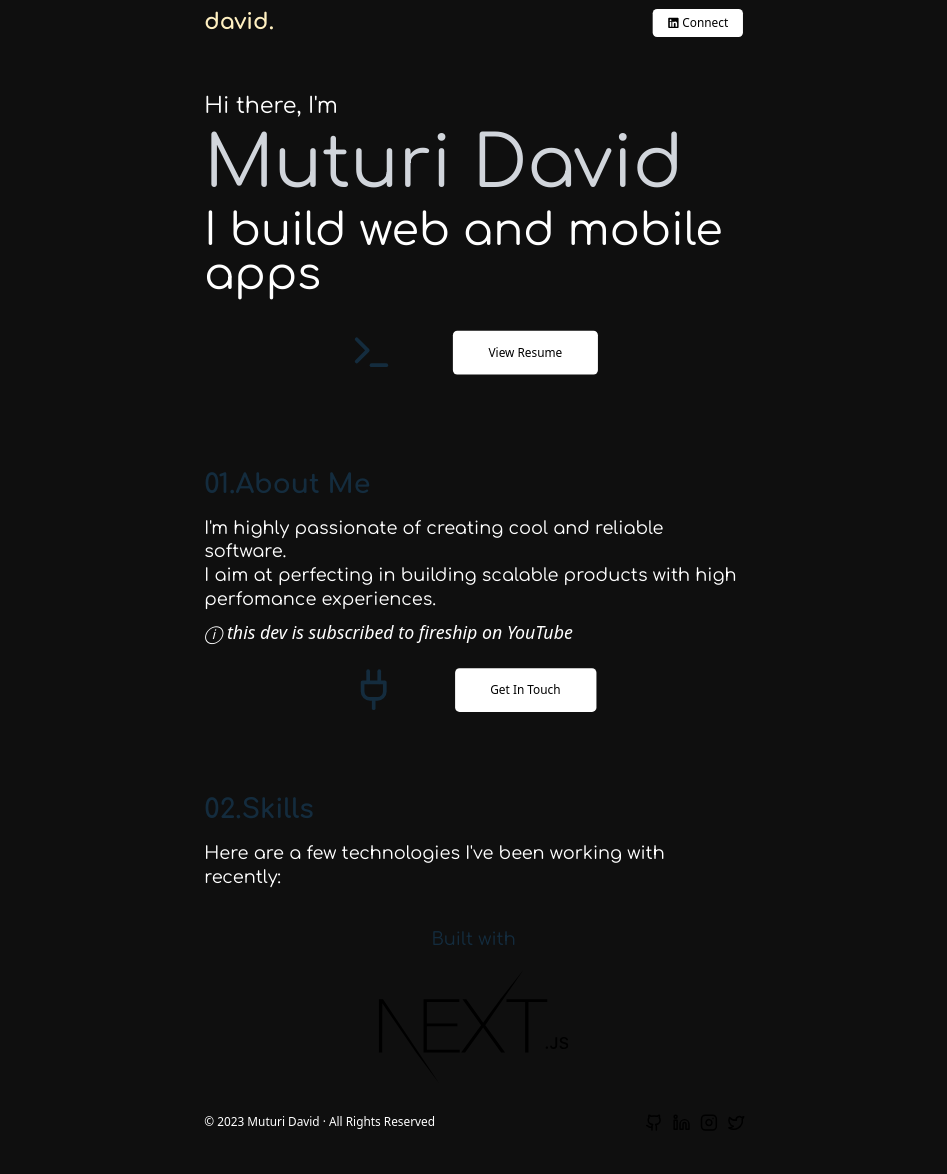
Repository: tushcmd/tushdev-portfolio
Page: /
These files come from the project's save history. The page is drawn as it stood at one moment and after the next save; the edit follows.
The browser window is 1280 px wide. The pictures show the whole page, at 74% of full size.
The project was rebuilt for these pictures with package versions that can differ from the ones it lists, and the page was loaded fresh each time. The framework's server and built-in components were replaced by stand-ins that run in the browser. Also part of the build but not shown: next.config.js.

Above is the page before, as saved 2023-12-15 15:42:50.

### app/layout.tsx
import type { Metadata } from 'next'
import { Inter } from 'next/font/google'
import './globals.css'

const inter = Inter({ subsets: ['latin'] })

export const metadata: Metadata = {
  title: 'Muturi | Software Engineer',
  description: 'This is my Portfolio',

}

export default function RootLayout({
  children,
}: {
  children: React.ReactNode
}) {
  return (
    <html lang="en">
      <head>
        <link rel="icon" href="./public/favicon.ico" />
      </head>
      <body className={`{inter.className} bg-primary w-full overflow-y-visible overflow-x-wrap`} >{children}</body>
    </html>
  )
}

### app/page.tsx
import Navbar from '@/app/ui/nav';
import Hero from '@/app/ui/hero';
import About from './ui/about';
import Skills from '@/app/ui/skills'
import Footer from './ui/footer';

export default function Page() {
  return (
    <main>
      <Navbar />
      <Hero />
      <About />
      <Skills />
      <Footer />
    </main>
  );
}

### app/ui/nav.tsx
import Link from 'next/link';
import { comfortaa } from '@/app/ui/fonts';

export default async function Navbar() {
  return (
    <div className='flex justify-center items-center'>
      <div className='flex items-start md:max-w-3xl py-3 w-full md:px-5 px-5 justify-between'>
        <Link
          href='/'
          className={`${comfortaa.className} antialiased font-bold text:2xl md:text-3xl text-logo`}
        >
          david<span>.</span>
        </Link>
        <div className='flex items-center gap-2'>
          <a
            href='https://www.linkedin.com/in/muturi-david-44b505208/'
            target='_blank'
            rel='_noreferrer'
            className='flex items-center gap-1 md:hover:bg-slate-200 rounded-md px-5 bg-white text-black font-medium py-[0.45rem]'
          >
            <svg
              stroke='currentColor'
              fill='currentColor'
              stroke-width='0'
              viewBox='0 0 448 512'
              className='mt-[0.03rem]'
              height='1em'
              width='1em'
              xmlns='http://www.w3.org/2000/svg'
            >
              <path d='M416 32H31.9C14.3 32 0 46.5 0 64.3v383.4C0 465.5 14.3 480 31.9 480H416c17.6 0 32-14.5 32-32.3V64.3c0-17.8-14.4-32.3-32-32.3zM135.4 416H69V202.2h66.5V416zm-33.2-243c-21.3 0-38.5-17.3-38.5-38.5S80.9 96 102.2 96c21.2 0 38.5 17.3 38.5 38.5 0 21.3-17.2 38.5-38.5 38.5zm282.1 243h-66.4V312c0-24.8-.5-56.7-34.5-56.7-34.6 0-39.9 27-39.9 54.9V416h-66.4V202.2h63.7v29.2h.9c8.9-16.8 30.6-34.5 62.9-34.5 67.2 0 79.7 44.3 79.7 101.9V416z'></path>
            </svg>
            Connect
          </a>
        </div>
      </div>
    </div>
  );
}

### app/ui/hero.tsx
import { opensans } from '@/app/ui/fonts';
import { inter } from '@/app/ui/fonts';
import { comfortaa } from '@/app/ui/fonts';
import hero from '@/constants/hero';
import { Terminal } from 'lucide-react';

export default async function Hero() {
  return (
    <section className='relative flex flex-col justify-center items-center md:py-16 py-6 overflow-auto'>
      <div className='flex items-start flex-col md:max-w-3xl pb-6 w-full md:px-5 px-5 justify-between'>
        <p className={`${comfortaa.className} text-3xl text-white pb-3`}>
          Hi there, I&apos;m
        </p>
        <h6
          className={`${comfortaa.className} text-5xl md:text-8xl text-[#D1D5DB] text-bold pb-3`}
        >
          {hero.name}
        </h6>
        <p className={`${comfortaa.className} text-4xl md:text-6xl text-white`}>
          {hero.paragraph}
        </p>
      </div>
      <div className='flex flex-row md:max-w-3xl pt-3 md:pt-5 pb-3 w-full md:px-5 px-5 justify-center space-x-5 md:space-x-20'>
        <svg
          xmlns='http://www.w3.org/2000/svg'
          width='60'
          height='60'
          viewBox='0 0 24 24'
          fill='none'
          stroke='#142c3e'
          stroke-width='2'
          stroke-linecap='round'
          stroke-linejoin='round'
          className='lucide lucide-terminal'
        >
          <polyline points='4 17 10 11 4 5' />
          <line x1='12' x2='20' y1='19' y2='19' />
        </svg>
        <div className='flex items-center gap-2'>
          <a
            href='/'
            target='_blank'
            rel='_noreferrer'
            className='flex items-center gap-1 md:hover:bg-slate-200 rounded-md px-12 bg-white text-black font-medium py-[1.08rem]'
          >
            View Resume
          </a>
        </div>
      </div>
    </section>
  );
}

### app/ui/about.tsx
import { comfortaa } from '@/app/ui/fonts';
import about from '@/constants/about';

export default async function About() {
  return (
    <section className='relative flex flex-col justify-center items-center pt-3'>
      <div className='flex items-start flex-col md:max-w-3xl py-10 w-full md:px-5 px-5 justify-between'>
        <h6
          className={`${comfortaa.className} text-[#142c3e] font-bold text-4xl pb-6`}
        >
          01.About Me
        </h6>
        <p className={`${comfortaa.className} text-white text-2xl`}>
          I&apos;m {about.paragraph} <br />
          {about.paragraph2}
        </p>
        <i className='text-white text-2xl py-3'>ⓘ this dev is subscribed to fireship on YouTube </i>
        <div className='flex flex-row md:max-w-3xl pt-3 md:py-5 py-10 w-full md:px-5 px-5 justify-center space-x-12 md:space-x-20'>
          <svg
            xmlns='http://www.w3.org/2000/svg'
            width='60'
            height='60'
            viewBox='0 0 24 24'
            fill='none'
            stroke='#142c3e'
            stroke-width='2'
            stroke-linecap='round'
            stroke-linejoin='round'
            className='lucide lucide-plug'
          >
            <path d='M12 22v-5' />
            <path d='M9 8V2' />
            <path d='M15 8V2' />
            <path d='M18 8v5a4 4 0 0 1-4 4h-4a4 4 0 0 1-4-4V8Z' />
          </svg>
          <div className='flex items-center gap-2'>
            <a
              href='mailto:muturidavid854@gmail.com'
              target='_blank'
              rel='_noreferrer'
              className='flex items-center gap-1 md:hover:bg-slate-200 text-xm md:text-base rounded-md px-12 bg-white text-black font-medium py-[1.08rem]'
            >
              Get In Touch
            </a>
          </div>
        </div>
      </div>
    </section>
  );
}

### app/ui/skills.tsx
import { comfortaa } from './fonts';

export default async function About() {
  return (
    <section className='relative flex flex-col justify-center items-center pt-3'>
      <div className='flex items-start flex-col md:max-w-3xl py-10 w-full md:px-5 px-5 justify-between'>
        <h6
          className={`${comfortaa.className} text-[#142c3e] font-bold text-4xl pb-6`}
        >
          02.Skills
        </h6>
        <p className={`${comfortaa.className} text-white text-2xl`}>
          Here are a few technologies I&apos;ve been working with recently:
        </p>
        {/*  <div className='flex-auto'>
        <div className='flex items-center gap-2'>
          <div className='flex items-center gap-1 md:hover:bg-slate-200 rounded-md px-5 bg-white text-black font-medium py-[0.45rem]'>
            <svg
              stroke='currentColor'
              fill='currentColor'
              stroke-width='0'
              viewBox='0 0 448 512'
              className='mt-[0.03rem]'
              height='1em'
              width='1em'
              xmlns='http://www.w3.org/2000/svg'
            >
              <path d='M416 32H31.9C14.3 32 0 46.5 0 64.3v383.4C0 465.5 14.3 480 31.9 480H416c17.6 0 32-14.5 32-32.3V64.3c0-17.8-14.4-32.3-32-32.3zM135.4 416H69V202.2h66.5V416zm-33.2-243c-21.3 0-38.5-17.3-38.5-38.5S80.9 96 102.2 96c21.2 0 38.5 17.3 38.5 38.5 0 21.3-17.2 38.5-38.5 38.5zm282.1 243h-66.4V312c0-24.8-.5-56.7-34.5-56.7-34.6 0-39.9 27-39.9 54.9V416h-66.4V202.2h63.7v29.2h.9c8.9-16.8 30.6-34.5 62.9-34.5 67.2 0 79.7 44.3 79.7 101.9V416z'></path>
            </svg>
            HTML5
          </div>
          <div className='flex items-center gap-1 md:hover:bg-slate-200 rounded-md px-5 bg-white text-black font-medium py-[0.45rem]'>
            <svg
              stroke='currentColor'
              fill='currentColor'
              stroke-width='0'
              viewBox='0 0 448 512'
              className='mt-[0.03rem]'
              height='1em'
              width='1em'
              xmlns='http://www.w3.org/2000/svg'
            >
              <path d='M416 32H31.9C14.3 32 0 46.5 0 64.3v383.4C0 465.5 14.3 480 31.9 480H416c17.6 0 32-14.5 32-32.3V64.3c0-17.8-14.4-32.3-32-32.3zM135.4 416H69V202.2h66.5V416zm-33.2-243c-21.3 0-38.5-17.3-38.5-38.5S80.9 96 102.2 96c21.2 0 38.5 17.3 38.5 38.5 0 21.3-17.2 38.5-38.5 38.5zm282.1 243h-66.4V312c0-24.8-.5-56.7-34.5-56.7-34.6 0-39.9 27-39.9 54.9V416h-66.4V202.2h63.7v29.2h.9c8.9-16.8 30.6-34.5 62.9-34.5 67.2 0 79.7 44.3 79.7 101.9V416z'></path>
            </svg>
            HTML5
          </div>
          <div className='flex items-center gap-1 md:hover:bg-slate-200 rounded-md px-5 bg-white text-black font-medium py-[0.45rem]'>
            <svg
              stroke='currentColor'
              fill='currentColor'
              stroke-width='0'
              viewBox='0 0 448 512'
              className='mt-[0.03rem]'
              height='1em'
              width='1em'
              xmlns='http://www.w3.org/2000/svg'
            >
              <path d='M416 32H31.9C14.3 32 0 46.5 0 64.3v383.4C0 465.5 14.3 480 31.9 480H416c17.6 0 32-14.5 32-32.3V64.3c0-17.8-14.4-32.3-32-32.3zM135.4 416H69V202.2h66.5V416zm-33.2-243c-21.3 0-38.5-17.3-38.5-38.5S80.9 96 102.2 96c21.2 0 38.5 17.3 38.5 38.5 0 21.3-17.2 38.5-38.5 38.5zm282.1 243h-66.4V312c0-24.8-.5-56.7-34.5-56.7-34.6 0-39.9 27-39.9 54.9V416h-66.4V202.2h63.7v29.2h.9c8.9-16.8 30.6-34.5 62.9-34.5 67.2 0 79.7 44.3 79.7 101.9V416z'></path>
            </svg>
            HTML5
          </div>
        </div>
      </div> */}
      </div>
    </section>
  );
}

### app/ui/footer.tsx
import { Github } from 'lucide-react';
import { Linkedin } from 'lucide-react';
import { Instagram } from 'lucide-react';
import { Twitter } from 'lucide-react';
import { comfortaa } from './fonts';

export default async function Footer() {
  return (
    <section className='relative flex flex-col justify-center items-center pt-3'>
      <div className='flex flex-col md:max-w-3xl items-center justify-center'>
        <p className={`${comfortaa.className} text-[#142c3e] text-2xl pb-6`}>Built with</p>
        <svg
          height='154.5'
          preserveAspectRatio='xMidYMid'
          viewBox='0 0 512 309'
          width='256'
          xmlns='http://www.w3.org/2000/svg'
        >
          <path d='m120.81043 80.5613102h96.567895v7.6753487h-87.715838v57.7670991h82.485077v7.675348h-82.485077v63.422619h88.721754v7.675348h-97.573811zm105.21877 0h10.260338l45.467384 63.4226188 46.4733-63.4226188 63.211264-80.5613102-103.850254 150.649363 53.514709 74.12771h-10.662704l-48.686315-67.462275-48.887497 67.462275h-10.461521l53.917074-74.12771zm118.899221 7.6753486v-7.6753486h110.047164v7.6753487h-50.698145v136.5404141h-8.852058v-136.5404141zm-344.928421-7.6753486h11.0650714l152.5808586 228.3226968-63.054372-84.106934-91.33713469-133.3086883-.40236623 133.3086883h-8.85205708zm454.083705 134.2241588c-1.808538 0-3.164943-1.401289-3.164943-3.212184 0-1.810897 1.356405-3.212186 3.164943-3.212186 1.830069 0 3.164943 1.401289 3.164943 3.212186 0 1.810895-1.334874 3.212184-3.164943 3.212184zm8.69821-8.450851h4.736648c.06459 2.565437 1.937721 4.290101 4.693588 4.290101 3.078821 0 4.822769-1.854014 4.822769-5.324899v-21.989457h4.82277v22.011016c0 6.251906-3.617077 9.852139-9.602478 9.852139-5.619388 0-9.473297-3.492442-9.473297-8.8389zm25.38413-.280256h4.779709c.409074 2.953486 3.294124 4.829057 7.449457 4.829057 3.875441 0 6.717429-2.004921 6.717429-4.764383 0-2.371411-1.808538-3.794259-5.920812-4.764383l-4.004619-.970122c-5.619389-1.315057-8.181486-4.031402-8.181486-8.601759 0-5.540482 4.521348-9.226949 11.303367-9.226949 6.308355 0 10.915822 3.686467 11.195715 8.925132h-4.693588c-.452134-2.867252-2.949641-4.65659-6.566718-4.65659-3.810849 0-6.351414 1.832454-6.351414 4.635033 0 2.220503 1.636295 3.492442 5.683978 4.441008l3.423305.840772c6.372946 1.487524 8.999632 4.074517 8.999632 8.752668 0 5.950089-4.607467 9.679672-11.970803 9.679672-6.889671 0-11.518667-3.557118-11.863152-9.119156z' />
        </svg>
      </div>
      <div className='flex items-center flex-col md:max-w-3xl md:flex-row-reverse pt-5 pb-10 w-full md:px-5 px-5 justify-between border-t-0'>
        <div className='flex space-x-4 py-5 flex-row'>
          <a
            href='#'
            className='w-[21px] h-[21px] object-contain cursor-pointer'
          >
            <Github />
          </a>
          <a
            href='#'
            className='w-[21px] h-[21px] object-contain cursor-pointer'
          >
            <Linkedin />
          </a>
          <a
            href='#'
            className='w-[21px] h-[21px] object-contain cursor-pointer'
          >
            <Instagram />
          </a>
          <a
            href='#'
            className='w-[21px] h-[21px] object-contain cursor-pointer'
          >
            <Twitter />
          </a>
        </div>
        <div>
          <p className='text-white text-base '>
            <span>&copy;</span> 2023 Muturi David · All Rights Reserved
          </p>
        </div>
      </div>
    </section>
  );
}

### app/ui/fonts.ts
import { Inter, Comfortaa, Open_Sans } from 'next/font/google';

export const inter = Inter({ subsets: ['latin'] });

export const comfortaa = Comfortaa({
  weight: ['400', '700'],
  subsets: ['latin'],
});

export const opensans = Open_Sans({
    weight: ['300', '400', '500', '600', '700', '800'],
    subsets: ['latin']
});

### constants/hero.ts
interface Hero {
    greet: string;
    name: string;
    paragraph: string;
}

const hero: Hero = {
    greet: 'Hi there, I am',
    name: 'Muturi David',
    paragraph: `I build web and mobile
    apps`,
};

export default hero;

### constants/about.ts
interface About {
    paragraph: string;
    paragraph2: string;
}

const about: About = {
    paragraph: ' highly passionate of creating cool and reliable software.',
    paragraph2: 'I aim at perfecting in building scalable products with high perfomance experiences. ',
};

export default about;

### tailwind.config.ts
import type { Config } from 'tailwindcss'

const config: Config = {
  content: [
    './pages/**/*.{js,ts,jsx,tsx,mdx}',
    './components/**/*.{js,ts,jsx,tsx,mdx}',
    './app/**/*.{js,ts,jsx,tsx,mdx}',
  ],
  theme: {
    extend: {
      colors: {
        primary: "#0F0F0F",
        heading: "#FFFFFF",
        logo: "#FFF0C1",
        dimGray: "D1D5DB",
        iconBg: '#9CA3AF',
        iconText: '202020',
      },
      screens: {
        sm: '480px',
        md: '768px',
        lg: '976px',
        xl: '1440px',
      },
    },
  },
  plugins: [],
}
export default config

Loaded but not shown: app/globals.css (common file)

After the next save:
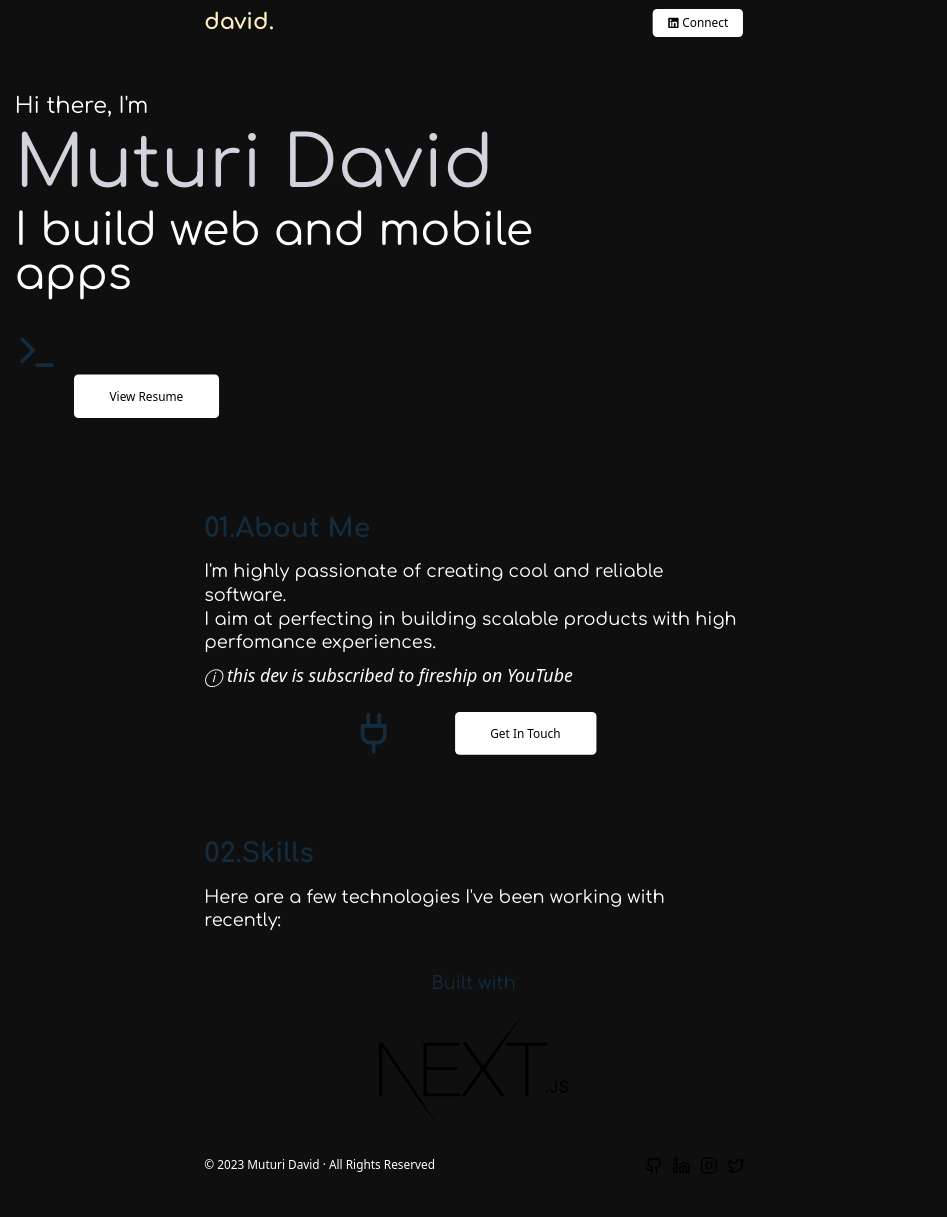
Saved 53 s later.
--- a/app/ui/hero.tsx
+++ b/app/ui/hero.tsx
@@ -6,7 +6,7 @@ import { Terminal } from 'lucide-react';
 
 export default async function Hero() {
   return (
-    <section className='relative flex flex-col justify-center items-center md:py-16 py-6 overflow-auto'>
+    <section className='relative flex flex-col justify-center md:py-16 py-6 overflow-auto'>
       <div className='flex items-start flex-col md:max-w-3xl pb-6 w-full md:px-5 px-5 justify-between'>
         <p className={`${comfortaa.className} text-3xl text-white pb-3`}>
           Hi there, I&apos;m
@@ -20,7 +20,7 @@ export default async function Hero() {
           {hero.paragraph}
         </p>
       </div>
-      <div className='flex flex-row md:max-w-3xl pt-3 md:pt-5 pb-3 w-full md:px-5 px-5 justify-center space-x-5 md:space-x-20'>
+      <div className='flex flex-col md:max-w-3xl pt-3 md:pt-5 pb-3 w-full md:px-5 px-5 justify-center space-x-12 md:space-x-20'>
         <svg
           xmlns='http://www.w3.org/2000/svg'
           width='60'
